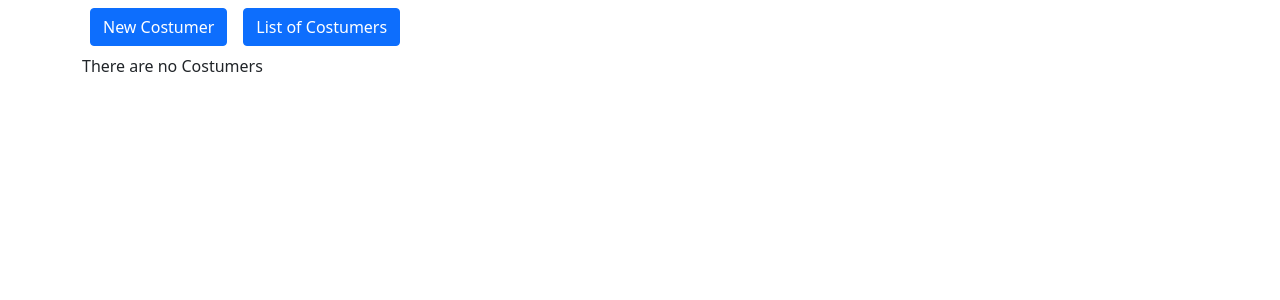
Repository: Sanjayjangra88/combo_app
Page: /
An editor plug-in stored every save of this project. The page is shown before and after the next save, followed by the edit.
The browser window is 1280 px wide. The pictures show the whole page.
Some web libraries are served in a nearby version. The project was rebuilt for these pictures with package versions that can differ from the ones it lists, and the page was loaded fresh each time. Also part of the build but not shown: src/App.js.

Above is the page before, as saved 2022-06-03 16:40:57.

### public/index.html
<!DOCTYPE html>
<html lang="en">
  <head>
    <meta charset "UTF-8" />
    <link rel="icon" href="%PUBLIC_URL%/favicon.ico" />
    <meta name="viewport" content="width=device-width, initial-scale=1" />
    <meta name="theme-color" content="#000000" />
    <meta
      name="description"
      content="Web site created using create-react-app"
    />
    <link rel="apple-touch-icon" href="%PUBLIC_URL%/logo192.png" />
    <!--
      manifest.json provides metadata used when your web app is installed on a
      user's mobile device or desktop. See https://developers.google.com/web/fundamentals/web-app-manifest/
    -->
    <link rel="manifest" href="%PUBLIC_URL%/manifest.json" />
    <link href="https://cdn.jsdelivr.net/npm/bootstrap@5.0.2/dist/css/bootstrap.min.css" rel="stylesheet" integrity="sha384-EVSTQN3/azprG1Anm3QDgpJLIm9Nao0Yz1ztcQTwFspd3yD65VohhpuuCOmLASjC" crossorigin="anonymous">
    <!--
      Notice the use of %PUBLIC_URL% in the tags above.
      It will be replaced with the URL of the `public` folder during the build.
      Only files inside the `public` folder can be referenced from the HTML.

      Unlike "/favicon.ico" or "favicon.ico", "%PUBLIC_URL%/favicon.ico" will
      work correctly both with client-side routing and a non-root public URL.
      Learn how to configure a non-root public URL by running `npm run build`.
    -->
    <!-- Bootstrap CSS -->
    <link rel="stylesheet" href="https://cdn.jsdelivr.net/npm/bootstrap@4.0.0/dist/css/bootstrap.min.css" integrity="sha384-Gn5384xqQ1aoWXA+058RXPxPg6fy4IWvTNh0E263XmFcJlSAwiGgFAW/dAiS6JXm" crossorigin="anonymous">

    <title>React App</title>
  </head>
  <body>
    <noscript>You need to enable JavaScript to run this app.</noscript>
    <div id="root"></div>
    <script src="https://kit.fontawesome.com/9e06ebf41f.js" crossorigin="anonymous"></script>
    <!--
      This HTML file is a template.
      If you open it directly in the browser, you will see an empty page.

      You can add webfonts, meta tags, or analytics to this file.
      The build step will place the bundled scripts into the <body> tag.

      To begin the development, run `npm start` or `yarn start`.
      To create a production bundle, use `npm run build` or `yarn build`.
    -->
    <script src="https://code.jquery.com/jquery-3.2.1.slim.min.js" integrity="sha384-KJ3o2DKtIkvYIK3UENzmM7KCkRr/rE9/Qpg6aAZGJwFDMVNA/GpGFF93hXpG5KkN" crossorigin="anonymous"></script>
    <script src="https://cdn.jsdelivr.net/npm/popper.js@1.12.9/dist/umd/popper.min.js" integrity="sha384-ApNbgh9B+Y1QKtv3Rn7W3mgPxhU9K/ScQsAP7hUibX39j7fakFPskvXusvfa0b4Q" crossorigin="anonymous"></script>
    <script src="https://cdn.jsdelivr.net/npm/bootstrap@4.0.0/dist/js/bootstrap.min.js" integrity="sha384-JZR6Spejh4U02d8jOt6vLEHfe/JQGiRRSQQxSfFWpi1MquVdAyjUar5+76PVCmYl" crossorigin="anonymous"></script>
  </body>
</html>

### src/index.js
import React from 'react';
import ReactDOM from 'react-dom';
import './index.css';
import App from './App';
import reportWebVitals from './reportWebVitals';
import 'bootstrap/dist/css/bootstrap.min.css';

import DropDown6 from './Components/dropDown6';

ReactDOM.render(
  <React.StrictMode>
    <DropDown6/>
  </React.StrictMode>,
  document.getElementById('root')
);

// If you want to start measuring performance in your app, pass a function
// to log results (for example: reportWebVitals(console.log))
// or send to an analytics endpoint. Learn more: https://bit.ly/CRA-vitals
reportWebVitals();

### src/Components/dropDown6.jsx
import React, { Component } from 'react'

export class dropDown extends Component {
  state={
    costumers:[]
  }
  render() {
    const{costumers}=this.state;
    return (
      <div className='container'>
        <button className='btn btn-primary m-2'>New Costumer</button>
        <button className='btn btn-primary m-2'>List of Costumers</button><br/>
        {costumers.length<=0?"There are no Costumers":costumers.map((ele)=><ul><li>{ele}</li></ul>)}

      </div>
    )
  }
}

export default dropDown

### src/App.css
*{
  margin: 0;
  padding: 0;
}
.slidebar{
  position: absolute;
  background-color: rgb(168, 165, 165);
  height: 100vh;
  width: 30vh;
  margin-right: 5px;
  transition: transform 0.3s ease-in;


}
.slidebar  li a{
  text-decoration: none;
  color:white;
}
.slidebar  li{
  list-style: none;
  font-size: 20px;
  padding: 13px 0;
  color:white;
}
.box{
  margin-left: 32vh;
}
div.d-flex.justify-content-between{
  margin-left: 30vh;
}

.th1{
  background-color: black;
  color: white;
  border: 1px solid black;
  text-align: center;
  padding-left: 15px;
  padding-right: 15px;
}
.col1 {
  border: 1px solid black;
  text-align: center;
  padding-left: 15px;
  padding-right: 15px;
}

Loaded but not shown: src/index.css (common file); src/reportWebVitals.js (common file)

After the next save:
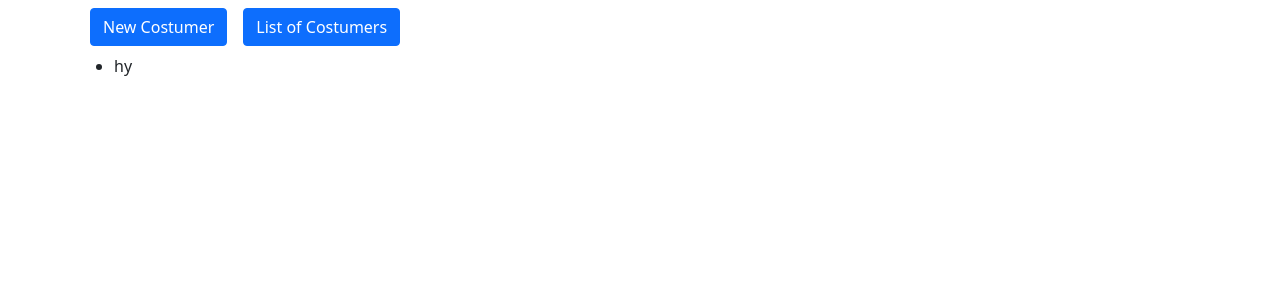
Saved 21 s later.
--- a/src/Components/dropDown6.jsx
+++ b/src/Components/dropDown6.jsx
@@ -2,7 +2,7 @@
 
 export class dropDown extends Component {
   state={
-    costumers:[]
+    costumers:["hy"]
   }
   render() {
     const{costumers}=this.state;

After the save that followed:
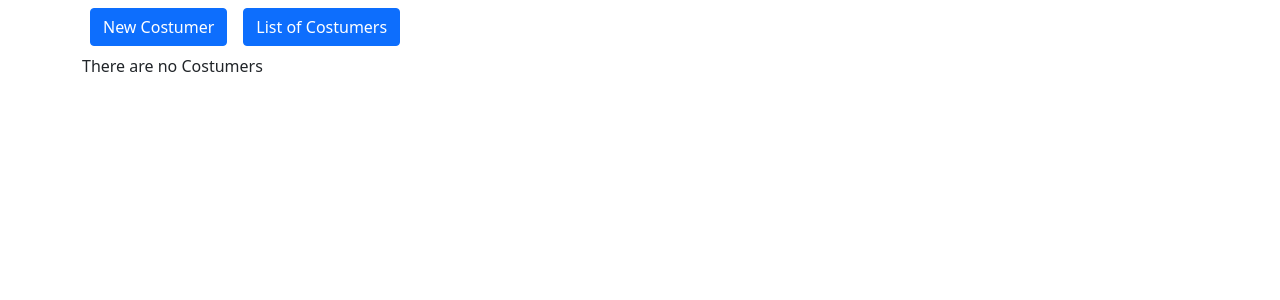
Saved 3 min 0 s later.
--- a/src/Components/dropDown6.jsx
+++ b/src/Components/dropDown6.jsx
@@ -2,13 +2,17 @@
 
 export class dropDown extends Component {
   state={
-    costumers:["hy"]
+    costumers:[],
+    view:0
+  }
+  add=()=>{
+    console.log("hy")
   }
   render() {
     const{costumers}=this.state;
     return (
       <div className='container'>
-        <button className='btn btn-primary m-2'>New Costumer</button>
+        <button className='btn btn-primary m-2'onClick={this.add}>New Costumer</button>
         <button className='btn btn-primary m-2'>List of Costumers</button><br/>
         {costumers.length<=0?"There are no Costumers":costumers.map((ele)=><ul><li>{ele}</li></ul>)}
 
